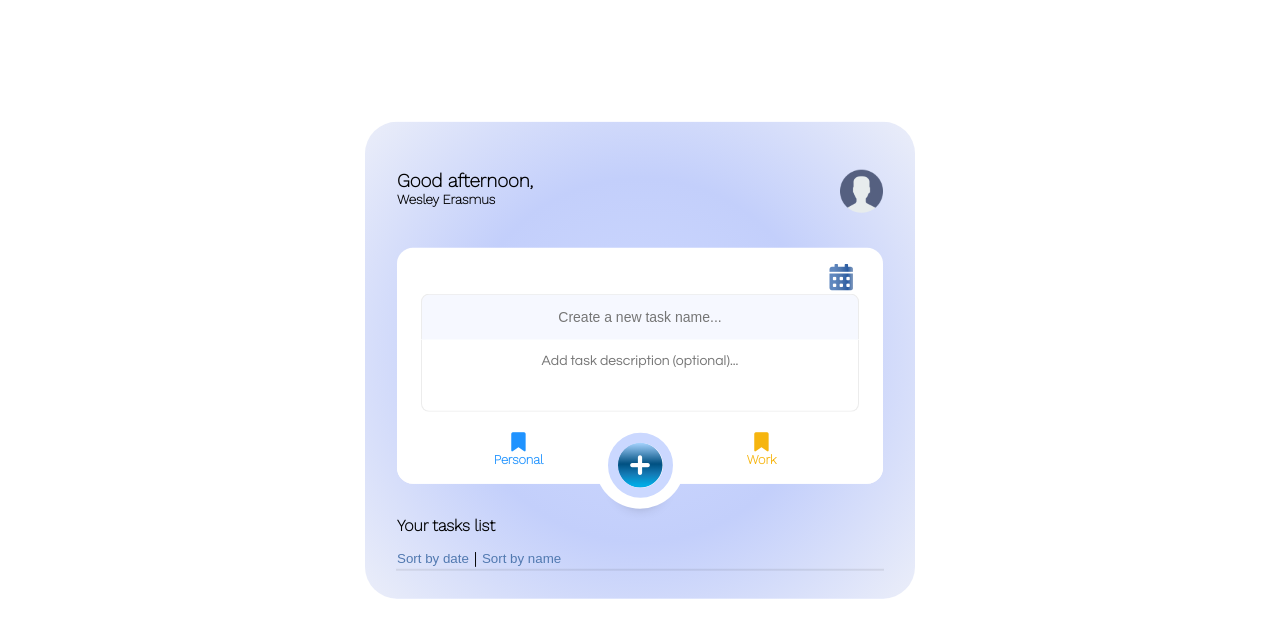
Repository: WesleyErasmus/Todo-App
Page: todoApp.html
An editor plug-in stored every save of this project. The page is shown before and after the next save, followed by the edit.
The browser window is 1280 px wide. The pictures show the whole page.
Some web libraries are served in a nearby version.

Above is the page before, as saved 2022-06-23 07:11:08.

### todoApp.html
<!DOCTYPE html>
<html lang="en">

<head>
    <meta charset="UTF-8">
    <meta http-equiv="X-UA-Compatible" content="IE=edge">
    <meta name="viewport" content="width=device-width, initial-scale=1.0">
    <title>Todo App</title>
    <script src="https://kit.fontawesome.com/81ea498f91.js" crossorigin="anonymous"></script>
    <link rel="stylesheet" href="/source/css/todoApp.css">
    <script src="/source/script/todoApp.js" defer></script>
</head>

<body>
    <!-- App wrapper -->
    <main class="app-wrapper">
        <!-- App header -->
        <header>
            <!-- Greeting and Name -->
            <div class="app-heading">
                <h3>Good afternoon, </h3>
                <h5>Wesley Erasmus</h5>
            </div>
            <!-- Profile picture -->
            <div id="profile-picture">
                <img src="/images/user.png" alt="" style="width: 43px;">
            </div>
        </header>

        <!-- Categories section -->
        <section>
            <form id="task-list-form">
                <div class="create-submit">
                    <!-- Task title input -->
                    <input type="text" name="title" id="title" placeholder="Create a new task name..." />
                    <!-- task description textarea -->
                    <textarea name="description" id="description" cols="30" rows="3" placeholder="Add task description (optional)..."></textarea>
                    <!-- Due date calendar icon -->
                    <span class="datepicker-toggle">
                        <span class="datepicker-toggle-button"></span>
                        <input type="date" name="date" class="datepicker-input">
                        <i class="fa-solid fa-calendar-days"></i>
                    </span>
                    <!-- Calendar hover message -->
                    <!-- <span class="hover-message">Add a due date</span> -->

                    <!-- task submit button -->
                    <button id="add-task-btn" type="submit" value="create-new-task">
                        <!-- add task button -->
                        <i class="fa-solid fa-circle-plus"></i>
                    </button>
                    <div class="circle onclick-background-change"></div>
                </div>

                <!-- Categories -->
                <div class="category-selectors">
                    <!-- Personal category -->
                    <label class="personal-category-btn onclick-background-change">
                        <input type="radio" name="category" value="Personal" class="personal-category"
                            id="personal-category"  />
                        <i class="fa-solid fa-bookmark"></i>
                        <h4 class="category-h4">Personal</h4>
                    </label>
                    <!-- Work category -->
                    <label class="work-category-btn onclick-background-change">
                        <input type="radio" name="category" value="Work" class="work-category" id="work-category" />
                        <i class="fa-solid fa-bookmark"></i>
                        <h4 class="category-h4">Work</h4>
                    </label>
                </div>
                <!-- End of categories div -->
                </div>
            </form>
        </section>

        <!-- Task list is created here, new tasks are outputted below -->
        <section class="todo-list-output">
            <div id="list-header">
                <div>Your tasks list</div>
            </div>
            <!-- SEARCH BAR -->
            <div id="search-filter-section">
                <!-- <form id="search-bar">
                <input type="text"
                id="search-bar"
                placeholder="Search for task...">
                <button type="submit"><i class="fa fa-search"
                id="search-submit-btn"></i></button>
                </form> -->
                <!-- filter dropdown  ***WORK IN PROGRESS*** -->
                <button id="sort-by-date" value="date">Sort by date</button>
                <p>|</p>
                <button id="sort-by-name" value="name">Sort by name</button>
                <!-- <form id="sort-tasks-form">
                    <select name="sort-by" id="sort-by">
                        <option >Sort</option>
                        <option id="sort-by-date" value="date">Sort by date</option>
                        <option id="sort-by-name" value="name">Sort by title</option>
                    </select>
                </form> -->

            </div>
            <!-- Actual task list output -->
            <div class="task-list" id="task-list">
                <!-- <div class="task-item">

                        <label id="personal-category-btn">
                        <input class="completed" type="checkbox" />
                        <input
                            type="radio"
                            name="category"
                            value="Work"
                            id="work-category" />
                            <i class="fa-solid fa-bookmark"></i>
                        </label>
                        <div class="task-content">
                            Test title
                            <p class="task-description">Lorem ipsum dolor sit amet consectetur adipisicing elit. Recusandae, deleniti.</p>
                        </div>

                        <div class="edit-delete">
                            <button class="edit"><i class="fa-solid fa-pencil"></i></button>
                            <button class="delete"><i class="fa fa-trash" aria-hidden="true"></i></button>
                            <button class="show-hide-description">Show description
                            </button>
                        </div>

                    </div> -->
            </div>
        </section>
    </main> <!-- End of App wrapper -->

</body>

</html>

### source/css/todoApp.css
/* GOOGLE FONT IMPORT */
@import url("https://fonts.googleapis.com/css2?family=Questrial&family=Work+Sans:wght@200&display=swap");

/* Font family CSS: */
/* font-family: "Work Sans", sans-serif; */
/* font-family: "Questrial", sans-serif; */

/* *** CSS VARIABLES *** */
:root {
  --light-background: #fff;
  --work: #f6b50f;
  --personal: #2093ff;
  /* --placeholder-text: #aeaeaec7; */
  --grey: #a9a9a9;
  --dark-grey: #4d4d4d;

  /* GRADIENT COLORS */
  --primary-gradient: -webkit-linear-gradient(
    top,
    #a7d4ff 0%,
    #005081 47%,
    #147bb6 70%,
    #00abe5 94%,
    #02a8e4 100%
  );
  --background: rgb(206, 217, 255);
  --background-color: radial-gradient(
    circle,
    rgba(206, 217, 255, 1) 0%,
    rgba(195, 207, 251, 1) 50%,
    rgba(235, 238, 249, 1) 100%
  );

  --delete: radial-gradient(
    circle,
    rgb(255, 9, 9) 26%,
    rgba(255, 88, 88, 1) 58%,
    rgb(255, 0, 0) 61%,
    rgba(255, 67, 67, 1) 68%
  );

  /* BOX-SHADOW */
  --box-shadow: rgba(0, 0, 0, 0.05) 0px 6px 24px 0px,
    rgba(0, 0, 0, 0.08) 0px 0px 0px 1px;
  /* TEXT-SHADOW */
  --text-shadows: rgba(0, 0, 0, 0.24) 0px 3px 8px;
}
/* END OF CSS VARIABLES */

/* UNIVERSAL SELECTOR STYLING */
* {
  box-sizing: border-box;
  margin: 0;
  padding: 0;
  list-style: none;
}
body {
  font-family: "Questrial", sans-serif;
}
/* END OF UNIVERSAL SELECTOR STYLING */

/* RADIO AND CHECKBOX INPUT STYLING */
/* Below removes input and checkbox default styling */
input:not([type="radio"]):not([type="checkbox"]),
button {
  appearance: none;
  border: none;
  outline: none;
  cursor: initial;
  background: none;
}
/* Removes the radio selector */
input[type="radio"] {
  display: none;
}
/* END OF RADIO AND CHECKBOX INPUT STYLING */

/* Removes textarea resize styling */
textarea {
  resize: none;
}

/* UNIVERSAL PLACEHOLDER TEXT STYLING */
::placeholder {
  /* Style placeholder text here */
}

/* UNIVERSAL BUTTON STYLING */
button {
  appearance: none;
  border: none;
  outline: none;
  background: none;
  cursor: initial;
  cursor: pointer;
}

/* APP WRAPPER/CONTAINER STYLING */
main {
  background: var(--background);
  background-image: var(--background-color);
  padding-top: 2rem;
  border-radius: 2rem;
  padding-left: 2rem;
  padding-right: 2rem;
  flex: 1 1 0%;
  align-items: center;
  justify-content: center;
  max-width: 550px;
  width: 100%;
  position: absolute;
  top: 50%;
  left: 50%;
  margin-right: -50%;
  transform: translate(-50%, -50%);
}
/* END OF APP WRAPPER/CONTAINER STYLING */

/* Styling for section HTML tags */
section {
  margin-top: 1rem;
  margin-bottom: 2rem;
}

/* Makes mouse cursor change to pointer when hovering over all labels */
label {
  cursor: pointer;
}

/* HEADER STYLING (Greeting, name, and profile image) */
header {
  display: flex;
  justify-content: space-between;
  padding: 1rem 0rem 1rem 0rem;
  border-radius: 1rem;
}

.app-heading {
    font-family: "Work Sans", sans-serif;
}
/* END OF HEADER STYLING */

/* TASK USER INPUTS STYLING */
#task-list-form {
  background-color: var(--light-background);
  border-radius: 1rem;
  padding-top: 1.75rem;
  margin: 0;
}
/* Container for input fields and the task submit button */
.create-submit {
  position: relative;
  display: flex;
  flex-direction: column;
  justify-content: center;
  align-items: center;
  text-align: center;
  margin-top: 0.5rem;
}
/* Title and description input field */
#title {
  background: rgb(246, 248, 255);
  display: block;
  width: 90%;
  font-size: 14px;
  text-align: center;
  border: 0.1px solid #ececec;
  border-top-left-radius: 0.5rem;
  border-top-right-radius: 0.5rem;
  border-bottom: none;
  padding: 0.9rem 0rem 0.9rem 0rem;
  margin-top: 10px;
}
#description {
  /* background-color: #ececec4e; */
  text-align: center;
  font-family: "Questrial", sans-serif;
  display: block;
  width: 90%;
  font-size: 14px;
  padding: 0.9rem;
  appearance: none;
  border: 0.1px solid #ececec;
  border-bottom-left-radius: 0.5rem;
  border-bottom-right-radius: 0.5rem;
  border-top: none;
  outline: none;
  cursor: initial;
}

/* Hover */
#title:hover,
#description:hover {
  border-radius: 0.5rem;
  /* background-color: #ececec4e; */
  background-color: #ececec4e;
  /* background: rgb(246, 248, 255); */
  width: 90%;
}
/* Add new task submit button */
#add-task-btn {
  z-index: 10;
  position: absolute;
  display: block;
  margin: 0 auto;
  bottom: -86px;
  color: #ffffff;
  background: var(--primary-gradient);
  -webkit-background-clip: text;
  -webkit-text-fill-color: transparent;
  border: 10px solid #cbd8ff;
  border-radius: 9999px;
  transition: all 0s;
}
/* Hover */
#add-task-btn:hover {
  opacity: 0.75;
  transform: translateY(-1px);
}
/* Click */
#add-task-btn:active {
  transform: translateY(1px);
}
/* Div circle container behind the task submit button */
.circle {
  z-index: -1;
  position: absolute;
  bottom: -142px;
  left: 50%;
  margin-right: -50%;
  transform: translate(-50%, -50%);
  width: 90px;
  height: 90px;
  background-color: var(--light-background);
  border-bottom-left-radius: 100px;
  border-bottom-right-radius: 100px;
  border: none;
  box-shadow: rgba(0, 0, 0, 0.45) 0px 20px 15px -25px;
}
/* Task submit button sizing */
.fa-circle-plus {
  font-size: 45px;
}
/* END OF TODO INPUTS AND SUBMIT BTN STYLING */

/* STYLING FOR CATEGORY BUTTONS, PERSONAL AND WORK */
.category-selectors {
  display: flex;
  justify-content: center;
  align-items: center;
  border-bottom-left-radius: 1rem;
  border-bottom-right-radius: 1rem;
}
/* Category labels */
.category-selectors label {
  display: flex;
  flex-direction: column;
  justify-content: center;
  align-items: center;
  background-color: var(--light-background);
  padding: 0.75rem 2rem;
}
.category-h4 {
  font-family: "Work Sans", sans-serif;
}
/* *** WORK IN PROGRESS *** */
/* .personal-category:checked ~ .category-h4 {
  border-bottom: 1px solid #00abe5;
}
.work-category:checked ~ .category-h4 {
  border-bottom: 1px solid #f6b50f;
} */

/* Color for personal category button */
.personal-category-btn {
  color: var(--personal);
  border-bottom-left-radius: 1rem;
}
/* Color for work category button */
.work-category-btn {
  color: var(--work);
  border-bottom-right-radius: 1rem;
}
/* Category button styling */
.work-category-btn,
.personal-category-btn {
  font-size: 0.8em;
  width: 100%;
  height: 70px;
  border: none;
  outline: none;
  margin-top: 2px;
  transition: all 0s;
}
/* Click styling */
label.work-category-btn:active {
  transform: translateY(0.5px);
  background-color: #f6b50f3a;
  border-bottom-left-radius: 1rem;
  border-bottom-right-radius: 1rem;
}
/* Click styling */
label.personal-category-btn:active {
  transform: translateY(0.5px);
  background-color: #2093ff2b;
  border-bottom-left-radius: 1rem;
  border-bottom-right-radius: 1rem;
}
/* Hover styling */
.work-category-btn:hover,
.personal-category-btn:hover {
  opacity: 0.75;
  transform: translateY(-1px);
  background-color: #ececec4e;
}
/*END OF STYLING FOR CATEGORY BUTTONS */

/* HEADER FOR TASK LIST */
#list-header {
  font-family: "Work Sans", sans-serif;
  width: 80%;
  display: flex;
  justify-content: space-between;
  margin-bottom: 1rem;
  font-weight: bold;
}
/* END HEADER FOR TASK LIST */

/* CONTAINER FOR SEARCH BAR AND SEARCH BUTTONS */
#search-filter-section {
  display: flex;
  margin-top: 1rem;
  margin-bottom: 3px;
}
/* Sort buttons */
#sort-by-date,
#sort-by-name {
  color: #5179b0;
}
/* Hover */
#sort-by-date:hover,
#sort-by-name:hover {
  opacity: 0.75;
  text-decoration: underline;
}
/* Sort buttons margin styling */
#sort-by-date {
  margin-right: 5px;
}
#sort-by-name {
  margin-left: 5px;
}
/* END OF SORT BUTTONS */

/* WORK IN PROGRESS */
/* select {
  font-family: "Questrial", sans-serif;
  font-size: 15px;
  margin-left: 0.3rem;
  margin-bottom: 15px;
  padding: 0.4rem;
  border: none;
  outline: 0;
  border-radius: 0.25rem;
  cursor: pointer;
  box-shadow: var(--box-shadow);
}
option {
  font-family: "Questrial", sans-serif;
  font-size: 12px;
} */
/* END OF STYLING FOR SORT BUTTON */

/* SEARCH BAR STYLING */
#search-bar {
  position: relative;
  display: flex;
  justify-content: center;
  align-items: center;
  width: 47%;
}
/* Search bar input field */
#search-bar input {
  display: block;
  width: 100%;
  font-size: 0.9rem;
  padding: 0.5rem 1.5rem;
  padding-right: 0rem;
  background-color: var(--light-background);
  border-radius: 0.5rem;
  margin-bottom: 1rem;
  box-shadow: var(--box-shadow);
}
/* Search submit button */
#search-submit-btn {
  position: absolute;
  display: block;
  right: 0rem;
  top: 0;
  background-color: var(--light-background);
  border-top-left-radius: 0.5rem;
  border-bottom-left-radius: 0.5rem;
  border-top-right-radius: 0.5rem;
  border-bottom-right-radius: 0.5rem;
  padding: 0.53rem;
  color: var(--grey);
}
/*END OF SEARCH BAR STYLING */

/* END OF CONTAINER FOR SEARCH BAR AND SEARCH BUTTONS */

/* TASK LIST WHERE NEW TASKS ARE DISPLAYED */
#task-list {
  border-radius: 1rem;
  background-color: var(--light-background);
  box-shadow: var(--box-shadow);
}
/* Task item styling (styling for each created task*/
#task-list .task-item {
  display: flex;
  justify-content: space-between;
  padding: 1.2rem 1.5rem;
  margin-bottom: 0rem;
  border-bottom: 0.01px solid rgba(229, 225, 225, 0.919);
}
/* Hover */
div.task-item:hover {
  border-radius: 0.5rem;
  background-color: #ececec4e !important;
}
/* Task title font sizing */
input.task-title {
  color: #141823;
  font-weight: 540;
  font-size: 15px;
  width: 100%;
}
/* Task description styling */
p.task-description {
  display: none;
  font-size: 14px;
  /* background: rgb(246, 248, 255); */
  /* background-color: #ececec4e; */
  padding: 10px 10px 5px;
  border-radius: 7px;
  margin-bottom: 3px;
  color: #373D3F;
  line-height: 1.1;

}
/*Task content container styling which contains:
Task title, Task description, Show description button */
.task-content {
  width: 100%;
  margin-left: 20px;
}
/* Task item flex display */
.task-content .task-item {
  flex: 1 1 0%;
}
/* Task item styling */
.task-content .task-item .text {
  color: var(--dark-grey);
  width: 100%;
  display: block;
  transition: 0.4s;
}
/* END OF TASK LIST STYLING */

/* EDIT & DELETE BUTTON STYLING */
.edit,
.delete {
  position: relative;
  right: -10px;
  transition: all 0.1s;
  cursor: pointer;
  font-size: 0.8rem;
}
/* Edit & delete button container */
.edit-delete {
  display: flex;
  flex-direction: row;
  justify-content: flex-start;
}
/* Hover */
.edit:hover,
.delete:hover {
  opacity: 0.75;
}
/* Click */
.edit:active,
.delete:active,
.fa-floppy-disk:active {
  transform: translateY(1px);
}
/* END OF EDIT & DELETE BUTTON STYLING */

/* TASK DESCRIPTION SHOW / HIDE STYLING */
/* Show/hide button styling */
.show-hide-description {
  margin-bottom: 5px;
  font-size: 0.8rem;
  position: relative;
  color: #5179b0;
}
/* Hover */
.show-hide-description:hover {
  opacity: 0.75;
  text-decoration: underline;
}
/* Click */
.show-hide-description:active {
  color: var(--dark-grey);
}
/* END OF TASK DESCRIPTION BUTTON STYLING */

/* FONT-AWESOME BUTTON STYLING */
/* EDIT BUTTON STYLING */
.fa-pencil {
  font-size: 1.1rem;
  margin: 5px;
  background: rgb(100,134,255);
  background: linear-gradient(90deg, rgb(38, 85, 255) 21%, rgb(75, 114, 255) 39%, rgb(107, 137, 255) 62%, rgb(35, 83, 255) 86%);
  -webkit-background-clip: text;
  -webkit-text-fill-color: transparent;
}
/* DELETE BUTTON STYLING */
.fa-trash {
  font-size: 1.1rem;
  margin: 5px;
  background: var(--delete);
  -webkit-background-clip: text;
  -webkit-text-fill-color: transparent;
}
/* SAVE BUTTON STYLING */
.fa-floppy-disk {
  font-size: 1.1rem;
  margin: 5px;
  background: var(--primary-gradient);
  -webkit-background-clip: text;
  -webkit-text-fill-color: transparent;
}
/* Category bookmark styling (icon color is styled in .personal-category-btn & .work-category-btn) */
.fa-bookmark {
  font-size: 1.2rem;
  margin-top: 3px;
}
/* END OF FONT-AWESOME BUTTON STYLING */

/* Strike-through for completed tasks ***NOT WORKING ON TASK DESCRIPTION*** */
.task-item.completed .task-content input {
  text-decoration: line-through;
  color: var(--grey);
}



.datepicker-toggle {
  display: inline-block;
  position: absolute;
  right: 30px;
  top: -20px;
}

.datepicker-input {
  position: absolute;
  left: 0;
  top: 0;
  width: 100%;
  height: 100%;
  opacity: 0;
  cursor: pointer;
  box-sizing: border-box;
}

.datepicker-toggle:hover + .hover-message {
  display: block;
}

.datepicker-input::-webkit-calendar-picker-indicator {
  position: absolute;
  left: 0;
  top: 0;
  width: 100%;
  height: 100%;
  margin: 0;
  padding: 0;
  cursor: pointer;
}

.hover-message {
  position: absolute;
  right: 0px;
  top: 0px;
  display: none;
  font-size: 0.85rem;
  color: var(--work);
}

.fa-calendar-days {
  font-size: 27px;
  /* color: #5179b0; */
  background: rgb(120,167,231);
  background: linear-gradient(90deg, rgb(96, 136, 191) 20%, rgba(81,121,176,1) 48%, rgb(42, 92, 162) 78%, rgba(135,159,193,1) 100%);
  /* background: rgb(120,167,231);
  background: radial-gradient(circle, rgb(100, 151, 222) 20%, rgba(81,121,176,1) 48%, rgb(48, 96, 165) 78%, rgb(61, 100, 159) 100%); */
  -webkit-background-clip: text;
  -webkit-text-fill-color: transparent;
}

.task-due-date {
  font-size: 0.85rem;
  color: var(--grey);
}

Loaded but not shown: source/script/todoApp.js (234 lines, source omitted)

After the next save:
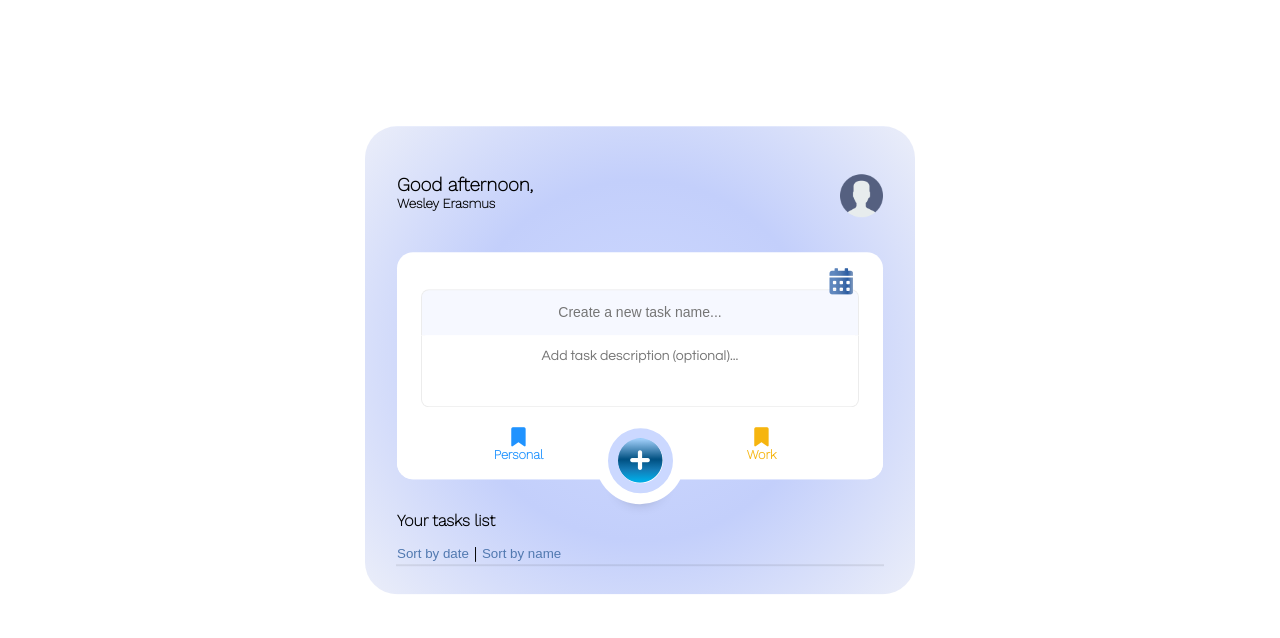
Saved 10 s later.
--- a/source/css/todoApp.css
+++ b/source/css/todoApp.css
@@ -152,7 +152,7 @@ header {
   position: relative;
   display: flex;
   flex-direction: column;
-  justify-content: center;
+  just5ify-content: center;
   align-items: center;
   text-align: center;
   margin-top: 0.5rem;
@@ -169,7 +169,7 @@ header {
   border-top-right-radius: 0.5rem;
   border-bottom: none;
   padding: 0.9rem 0rem 0.9rem 0rem;
-  margin-top: 10px;
+  margin-top: 1px;
 }
 #description {
   /* background-color: #ececec4e; */
